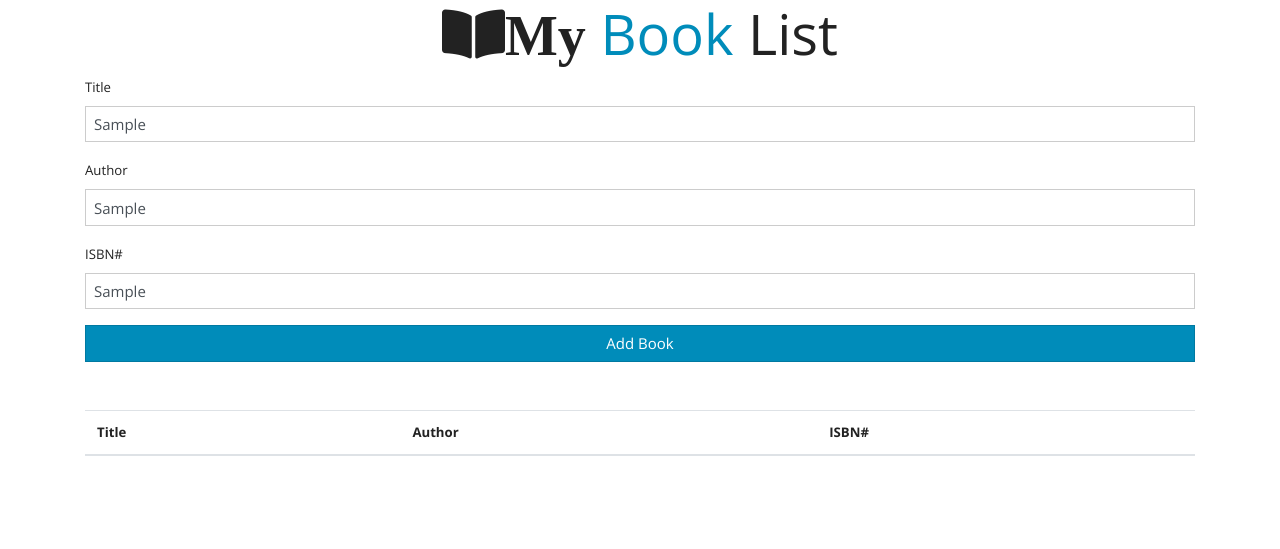
Repository: konstantin0s/bookList
Page: index.html
The author's editor kept a copy of each file at every save. The page is drawn from the files as they stood at one save, then again after the next save.
The browser window is 1280 px wide. The pictures show the whole page.
Empty fields were first filled with sample values (such as "Sample", 5 or name@example.com).
After loading, the first visible `#book-form` was submitted once.
Some web libraries are served in a nearby version.

Above is the page before, as saved 2018-12-24 23:03:12.

### index.html
<!DOCTYPE html>
<html lang="en">
<head>
  <meta charset="UTF-8">
  <meta name="viewport" content="width=device-width, initial-scale=1.0">
  <meta http-equiv="X-UA-Compatible" content="ie=edge">
  <link rel="stylesheet" href="https://bootswatch.com/4/yeti/bootstrap.min.css">
  <link rel="stylesheet" href="https://use.fontawesome.com/releases/v5.6.3/css/all.css" integrity="sha384-UHRtZLI+pbxtHCWp1t77Bi1L4ZtiqrqD80Kn4Z8NTSRyMA2Fd33n5dQ8lWUE00s/" crossorigin="anonymous">
  <title>Book List</title>
</head>
<body>
  <div class="container">
    <h1 class="display-4 text-center"><i class="fas fa-book-open">My</i> <span class="text-primary">Book</span> List</h1>
  <form action="" id="book-form">
    <div class="form-group">
      <label for="title">Title</label>
      <input type="text" id="title" class="form-control">
    </div>
    <div class="form-group">
        <label for="author">Author</label>
        <input type="text" id="author" class="form-control">
      </div>
      <div class="form-group">
          <label for="isbn">ISBN#</label>
          <input type="text" id="isbn" class="form-control">
        </div>
        <input type="submit" value="Add Book" class="btn btn-primary btn-block">
  </form>
  <table>
    <table class="table table-striped mt-5">
      <thead>
        <tr>
          <th>Title</th>
          <th>Author</th>
          <th>ISBN#</th>
        </tr>
      </thead>
      <tbody id="book-list"></tbody>
    </table>
  </table>
  </div>

  <script type="text/javascript" src="js/app.js"></script>
</body>
</html>

### js/app.js
//Book class: Represents a book
class Book {
  constructor(title, author, isbn) {
  this.title = title;
  this.author = author;
  this.isbn = isbn;
  }
}

//Ui Class: Handles UI Tasks
class UI {
static displayBooks() {
  const StoredBooks = [
    {
      title: 'Book One',
      author: 'Jane Doe',
      isbn: '343434'
    },
    {
      title: 'Book One',
      author: 'Jane Doe',
      isbn: '343434'
    }
  ];
  const books = StoredBooks;
  books.forEach((book) => UI.addBookToList(book));
 }
 static addBookToList(book) {
      const list = document.querySelector("#book-list");

      const row = document.createElement("tr");

      row.innerHTML = `
      <td>{book.title}</td>
      <td>{book.author}</td>
      <td>{book.isbn}</td>
      <td><a href="#" class="btn btn-danger btn-sm delete">X</a></td>
      `;

      list.appendChild(row);
 }
}
//Store Class : Handles Storage

//Events: Display Books
document.addEventListener('DocumentContentLoaded', UI.displayBooks);

//Events: Add a Book
document.querySelector("#book-form").addEventListener("submit", (e) => {
  e.preventDefault();

const title = document.querySelector("#title").value;
const author = document.querySelector("#author").value;
const isbn = document.querySelector("#isbn").value;

//Instantiate book
const book = new Book(title, author, isbn);

console.log(book);
});

//Events: Remove a Book

After the next save:
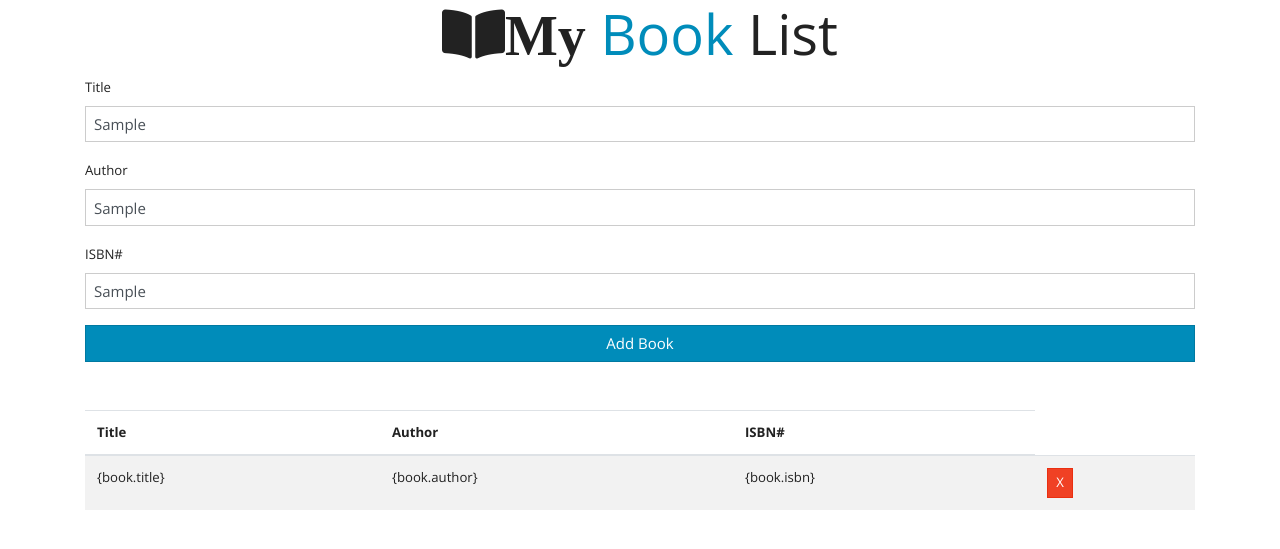
Saved 58 s later.
--- a/js/app.js
+++ b/js/app.js
@@ -56,7 +56,9 @@ const isbn = document.querySelector("#isbn").value;
 //Instantiate book
 const book = new Book(title, author, isbn);
 
-console.log(book);
+
+//Add book to UI
+UI.addBookToList(book);
 });
 
 //Events: Remove a Book
